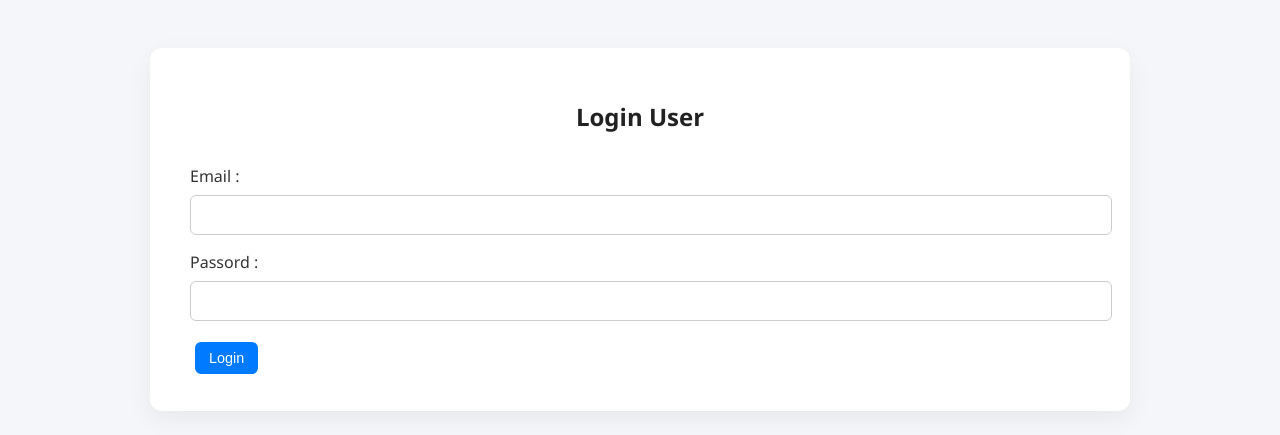
Repository: bharathabhi46/SkillSync-FrontEnd
Page: /CreateUser
The author's editor kept a copy of each file at every save. The page is drawn from the files as they stood at one save, then again after the next save.
The browser window is 1280 px wide. The pictures show the whole page.
The project was rebuilt for these pictures with package versions that can differ from the ones it lists, and the page was loaded fresh each time. Also part of the build but not shown: vite.config.js, src/Components/CreateUser/CreateUser.jsx, src/Components/UserList/UserList.jsx, src/Components/EditUser/EditUser.jsx, src/Components/RegisterUser/RegisterUser.jsx.

Above is the page before, as saved 2025-06-27 17:03:57.

After the next save:
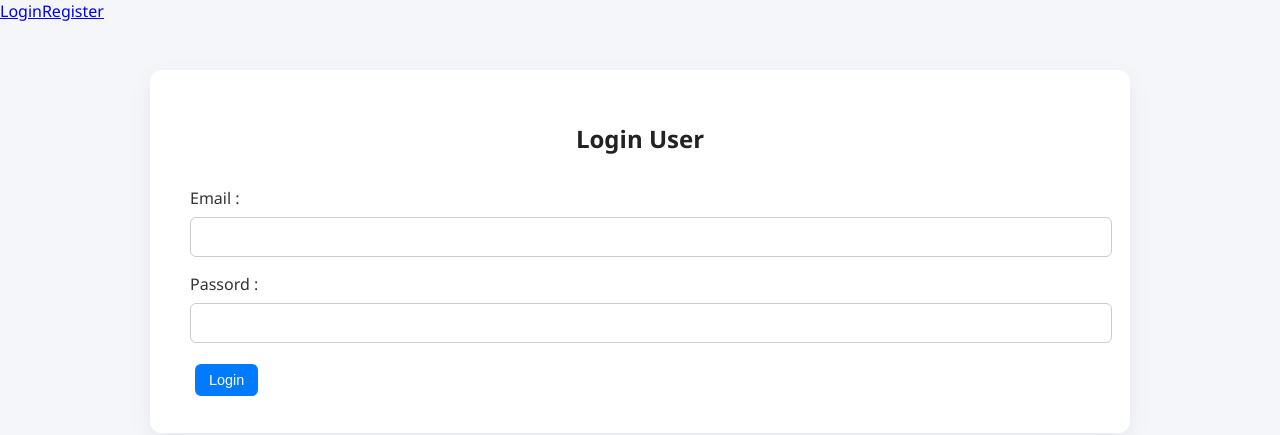
Saved 29 s later.
--- a/src/App.jsx
+++ b/src/App.jsx
@@ -12,6 +12,7 @@ import NavBar from "./Components/NavBar/NavBar";
 const App = () => {
   return (
     <>
+      <NavBar />
       <Routes>
         <Route
           path="/UserList"
